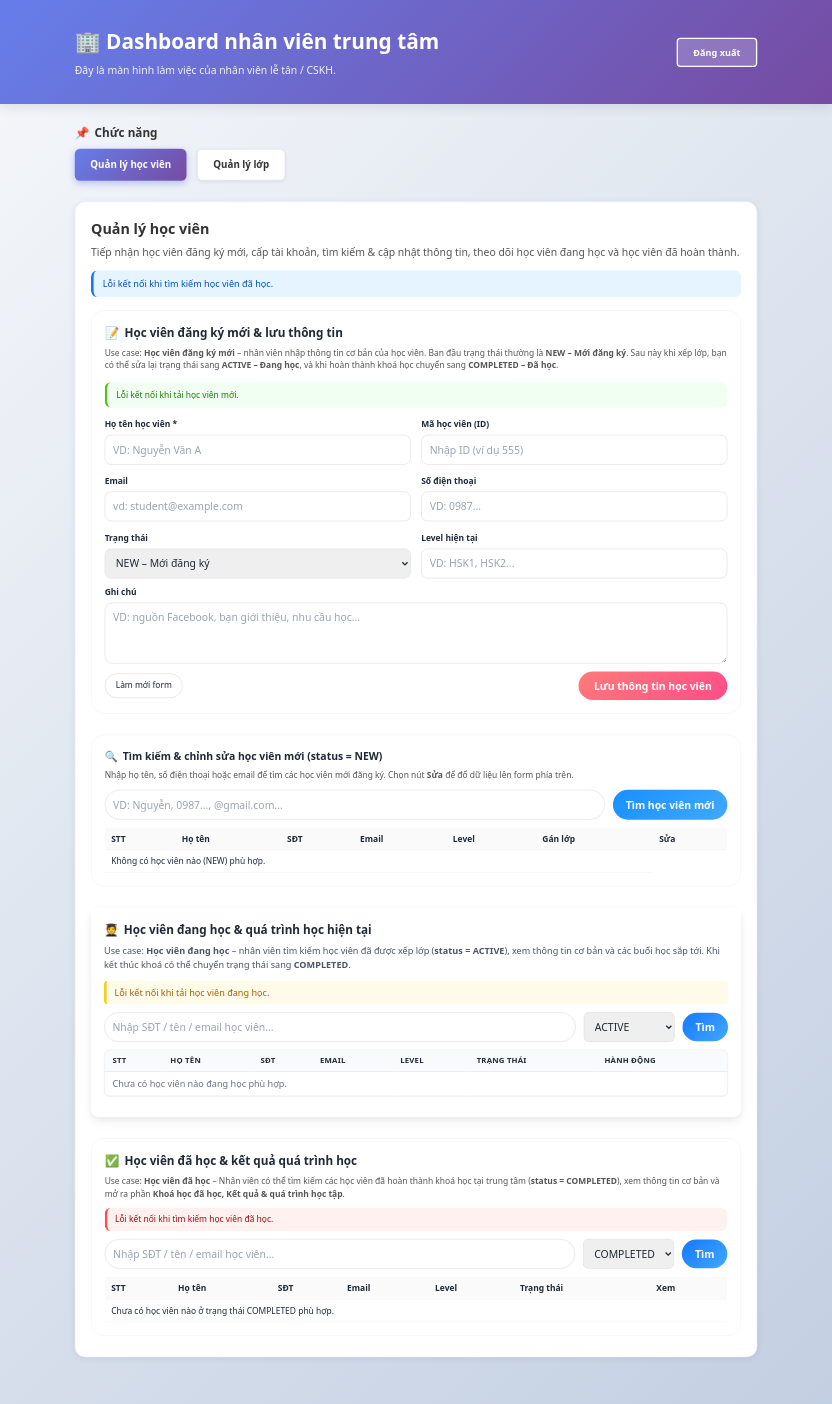
Repository: OssiaLouisVu/-N-2
Page: /staff/dashboard (app in frontend/)
An editor plug-in stored every save of this project. The page is shown before and after the next save, followed by the edit.
The browser window is 1280 px wide. The pictures show the whole page, at 65% of full size.
The page's requests for data from a server got no answer. The project was rebuilt for these pictures with package versions that can differ from the ones it lists, and the page was loaded fresh each time. No one was signed in, and anything a server would have sent is missing. Also part of the build but not shown: frontend/vite.config.mjs, frontend/src/pages/Login.jsx, frontend/src/pages/StudentDashboard.jsx, frontend/src/api/attendanceApi.js, frontend/src/components/attendance/AttendanceTable.jsx, frontend/src/components/attendance/AttendancePanel.jsx, frontend/src/api/mockExamApi.js, frontend/src/components/mockExam/MockExamPanel.jsx and 8 more.

Above is the page before, as saved 2025-12-01 01:44:00.

### frontend/index.html
<body>
    <div id="root"></div>
    <script type="module" src="/src/main.jsx"></script>
</body>

### frontend/src/App.jsx
import "./App.css";
import { Routes, Route, Navigate } from "react-router-dom";
import Login from "./pages/Login.jsx";
import StudentDashboard from "./pages/StudentDashboard.jsx";
import TeacherDashboard from "./pages/TeacherDashboard.jsx";
import StaffDashboard from "./pages/StaffDashboard.jsx";
import AccountantDashboard from "./pages/AccountantDashboard.jsx";
import ManagerDashboard from "./pages/ManagerDashboard.jsx";






function App() {
  return (
    <div className="app-root">
      <Routes>
        {/* Mặc định chuyển về /login */}
        <Route path="/" element={<Navigate to="/login" />} />

        {/* Đăng nhập */}
        <Route path="/login" element={<Login />} />

        {/* Dashboard theo vai trò */}
        <Route path="/student/dashboard" element={<StudentDashboard />} />
        <Route path="/teacher/dashboard" element={<TeacherDashboard />} />
        <Route path="/staff/dashboard" element={<StaffDashboard />} />
        <Route path="/accountant/dashboard" element={<AccountantDashboard />} />
        <Route path="/manager/dashboard" element={<ManagerDashboard />} />



        {/* Không khớp route nào thì quay lại login */}
        <Route path="*" element={<Navigate to="/login" />} />
      </Routes>
    </div>
  );
}

export default App;

### frontend/src/index.css
@tailwind base;
@tailwind components;
@tailwind utilities;

/* Global reset & overrides */

* {
    box-sizing: border-box;
}

html,
body,
#root {
    height: 100%;
}

body {
    @apply bg-gray-100 font-sans text-gray-800 antialiased;
}


/* Scrollbar subtle styling (WebKit) */

body::-webkit-scrollbar {
    width: 10px;
}

body::-webkit-scrollbar-track {
    background: #f1f5f9;
}

body::-webkit-scrollbar-thumb {
    background: #cbd5e1;
    border-radius: 6px;
}

body::-webkit-scrollbar-thumb:hover {
    background: #94a3b8;
}


/* Utility layer: custom reusable classes */

@layer components {
    .card {
        @apply bg-white rounded-xl shadow-card p-5;
    }
    .card-heading {
        @apply text-lg font-semibold flex items-center gap-2 mb-2;
    }
    .badge {
        @apply inline-flex items-center rounded-full px-3 py-1 text-xs font-medium bg-brand-50 text-brand-700 border border-brand-200;
    }
    .btn { @apply inline-flex items-center justify-center gap-1 rounded-full px-4 py-2 text-sm font-medium transition-colors disabled:opacity-50 disabled:cursor-not-allowed; }
    .btn-primary { @apply btn bg-brand-500 text-white hover:bg-brand-600; }
    .btn-success { @apply btn bg-green-500 text-white hover:bg-green-600; }
    .btn-danger { @apply btn bg-red-500 text-white hover:bg-red-600; }
    .btn-outline { @apply btn border border-gray-300 text-gray-700 hover:bg-gray-100; }
    /* Re-introduced enhanced button styles */
    .btn-white-outline { @apply btn border-2 border-white text-white hover:bg-white hover:text-indigo-600; }
    .btn-soft { @apply btn bg-white border border-gray-200 text-gray-700 shadow-sm hover:bg-gray-50; }
    .btn-gradient-primary { @apply btn bg-gradient-to-r from-indigo-500 to-purple-600 text-white shadow-sm hover:from-indigo-600 hover:to-purple-700; }
    .btn-gradient-green { @apply btn bg-gradient-to-r from-emerald-500 to-green-600 text-white shadow-sm hover:from-emerald-600 hover:to-green-700; }
    .btn-active-glow {
        @apply ring-2 ring-indigo-300 shadow-md;
    }
    .table {
        @apply w-full border-collapse;
    }
    .table thead th {
        @apply text-left text-xs font-semibold uppercase tracking-wide bg-gray-50 border-b border-gray-200 px-3 py-2;
    }
    .table tbody td {
        @apply text-sm border-b border-gray-100 px-3 py-2;
    }
    .alert-warn {
        @apply bg-yellow-50 border-l-4 border-yellow-400 text-yellow-700 px-3 py-2 rounded-md text-sm;
    }
    .alert-error {
        @apply bg-red-50 border-l-4 border-red-500 text-red-700 px-3 py-2 rounded-md text-sm;
    }
}

### frontend/src/App.css
.app-root {
    min-height: 100vh;
    display: flex;
    align-items: center;
    justify-content: center;
}

.login-wrapper {
    background: #ffffff;
    padding: 32px 40px;
    border-radius: 16px;
    box-shadow: 0 12px 30px rgba(15, 23, 42, 0.12);
    width: 100%;
    max-width: 420px;
}

.login-title {
    font-size: 24px;
    font-weight: 700;
    margin-bottom: 8px;
    text-align: center;
}

.login-subtitle {
    font-size: 14px;
    color: #6b7280;
    text-align: center;
    margin-bottom: 24px;
}

.form-group {
    margin-bottom: 16px;
    text-align: left;
}

.form-label {
    font-size: 14px;
    font-weight: 600;
    margin-bottom: 6px;
    display: block;
}

.form-input {
    width: 100%;
    padding: 10px 12px;
    border-radius: 8px;
    border: 1px solid #d1d5db;
    font-size: 14px;
}

.form-input:focus {
    outline: none;
    border-color: #2563eb;
    box-shadow: 0 0 0 1px #2563eb33;
}

.error-text {
    color: #ef4444;
    font-size: 13px;
    margin-bottom: 8px;
}

.login-button {
    width: 100%;
    margin-top: 8px;
    padding: 10px 14px;
    border-radius: 999px;
    border: none;
    background: #2563eb;
    color: white;
    font-weight: 600;
    font-size: 15px;
    cursor: pointer;
}

.login-button:hover {
    background: #1d4ed8;
}

.demo-note {
    margin-top: 16px;
    font-size: 12px;
    color: #6b7280;
    text-align: left;
    line-height: 1.5;
}

.demo-note code {
    background: #f3f4f6;
    padding: 2px 4px;
    border-radius: 4px;
    font-size: 12px;
}

### frontend/src/pages/StaffDashboard.jsx
// src/pages/StaffDashboard.jsx
import { useState } from "react";
import { useNavigate } from "react-router-dom";

import AddStudentPanel from "../components/student/AddStudentPanel.jsx";
import OngoingStudentsPanel from "../components/student/OngoingStudentsPanel.jsx";
import CompletedStudentsPanel from "../components/student/CompletedStudentsPanel.jsx";
import ClassManagementPanel from "../components/class/ClassManagementPanel";

function StaffDashboard() {
  const navigate = useNavigate();

  const [showStudentSection, setShowStudentSection] = useState(true);
  const [showClassSection, setShowClassSection] = useState(false);
  const [globalMessage, setGlobalMessage] = useState("");
  const [refreshToken, setRefreshToken] = useState(0);

  const handleLogout = () => {
    localStorage.removeItem("currentUser");
    navigate("/login");
  };
  const handleToggleStudentSection = () => setShowStudentSection((p) => !p);
  const handleRefreshAllStudents = () => setRefreshToken((t) => t + 1);

  return (
    <div
      style={{
        width: "100%",
        minHeight: "100vh",
        background: "linear-gradient(135deg, #f5f7fa 0%, #c3cfe2 100%)",
        paddingTop: 0,
      }}
    >
      {/* HEADER */}
      <div
        style={{
          background: "linear-gradient(135deg, #667eea 0%, #764ba2 100%)",
          color: "white",
          padding: "40px 20px",
          boxShadow: "0 4px 20px rgba(0,0,0,0.1)",
          marginBottom: 30,
        }}
      >
        <div
          style={{
            maxWidth: 1050,
            margin: "0 auto",
            display: "flex",
            justifyContent: "space-between",
            alignItems: "center",
          }}
        >
          <div>
            <h1 style={{ margin: 0, fontSize: 32, fontWeight: 700 }}>
              🏢 Dashboard nhân viên trung tâm
            </h1>
            <p style={{ margin: "8px 0 0 0", fontSize: 16, opacity: 0.9 }}>
              Đây là màn hình làm việc của nhân viên lễ tân / CSKH.
            </p>
          </div>
          <button
            onClick={handleLogout}
            style={{
              padding: "10px 24px",
              background: "rgba(255,255,255,0.2)",
              color: "white",
              border: "2px solid white",
              borderRadius: 6,
              cursor: "pointer",
              fontWeight: 600,
              fontSize: 14,
            }}
            onMouseOver={(e) => (e.target.style.background = "rgba(255,255,255,0.3)")}
            onMouseOut={(e) => (e.target.style.background = "rgba(255,255,255,0.2)")}
          >
            Đăng xuất
          </button>
        </div>
      </div>

      {/* MAIN CONTENT */}
      <div style={{ display: "flex", justifyContent: "center", paddingBottom: 40 }}>
        <div style={{ width: 1050 }}>
          {/* FUNCTION SECTION */}
            <section style={{ marginBottom: 32 }}>
              <h2
                style={{
                  fontSize: 18,
                  fontWeight: 600,
                  marginBottom: 12,
                  display: "flex",
                  alignItems: "center",
                  gap: 8,
                  color: "#333",
                }}
              >
                <span role="img" aria-label="pin">📌</span>
                Chức năng
              </h2>
              <div style={{ display: "flex", gap: 16, flexWrap: "wrap" }}>
                <button
                  onClick={handleToggleStudentSection}
                  style={{
                    padding: "12px 24px",
                    borderRadius: 8,
                    border: "none",
                    cursor: "pointer",
                    fontWeight: 600,
                    fontSize: 15,
                    boxShadow: showStudentSection
                      ? "0 4px 12px rgba(102,126,234,0.45)"
                      : "0 2px 6px rgba(0,0,0,0.08)",
                    background: showStudentSection
                      ? "linear-gradient(135deg, #667eea 0%, #764ba2 100%)"
                      : "#ffffff",
                    color: showStudentSection ? "#fff" : "#333",
                    transition: "all 0.25s",
                    border: showStudentSection ? "none" : "1px solid #ddd",
                  }}
                  onMouseOver={(e) => {
                    if (!showStudentSection) e.target.style.background = "#f0f4ff";
                  }}
                  onMouseOut={(e) => {
                    if (!showStudentSection) e.target.style.background = "#ffffff";
                  }}
                >
                  Quản lý học viên
                </button>
                <button
                  onClick={() => setShowClassSection((s) => !s)}
                  style={{
                    padding: "12px 24px",
                    borderRadius: 8,
                    border: "none",
                    cursor: "pointer",
                    fontWeight: 600,
                    fontSize: 15,
                    boxShadow: showClassSection
                      ? "0 4px 12px rgba(40,167,69,0.35)"
                      : "0 2px 6px rgba(0,0,0,0.08)",
                    background: showClassSection
                      ? "linear-gradient(135deg,#34d399,#059669)"
                      : "#ffffff",
                    color: showClassSection ? "#fff" : "#333",
                    transition: "all 0.25s",
                    border: showClassSection ? "none" : "1px solid #ddd",
                  }}
                  onMouseOver={(e) => {
                    if (!showClassSection) e.target.style.background = "#ecfdf5";
                  }}
                  onMouseOut={(e) => {
                    if (!showClassSection) e.target.style.background = "#ffffff";
                  }}
                >
                  Quản lý lớp
                </button>
              </div>
            </section>

          {/* STUDENT MANAGEMENT */}
          {showStudentSection && (
            <section id="student-section" style={{ marginTop: 24 }}>
              <div
                style={{
                  borderRadius: 16,
                  backgroundColor: "#ffffff",
                  boxShadow: "0 2px 12px rgba(0,0,0,0.08)",
                  padding: 24,
                  border: "1px solid #eef0ff",
                  marginBottom: 32,
                }}
              >
                <h2 style={{ fontSize: 22, fontWeight: 700, marginBottom: 8, color: "#333" }}>
                  Quản lý học viên
                </h2>
                <p style={{ color: "#555", marginBottom: 16 }}>
                  Tiếp nhận học viên đăng ký mới, cấp tài khoản, tìm kiếm & cập nhật thông tin,
                  theo dõi học viên đang học và học viên đã hoàn thành.
                </p>
                {globalMessage && (
                  <div
                    style={{
                      marginBottom: 20,
                      padding: "10px 14px",
                      borderRadius: 10,
                      backgroundColor: "#e6f4ff",
                      borderLeft: "4px solid #1677ff",
                      color: "#0050b3",
                      fontSize: 14,
                    }}
                  >
                    {globalMessage}
                  </div>
                )}
                <AddStudentPanel
                  onGlobalMessage={setGlobalMessage}
                  onRefreshAll={handleRefreshAllStudents}
                  refreshToken={refreshToken}
                />
                <OngoingStudentsPanel
                  onGlobalMessage={setGlobalMessage}
                  onRefreshAll={handleRefreshAllStudents}
                  refreshToken={refreshToken}
                  showEditButton={true}
                />
                <CompletedStudentsPanel
                  onGlobalMessage={setGlobalMessage}
                  onRefreshAll={handleRefreshAllStudents}
                  refreshToken={refreshToken}
                />
              </div>
            </section>
          )}

          {/* CLASS MANAGEMENT */}
          {showClassSection && (
            <section id="class-section" style={{ marginTop: 24 }}>
              <div
                style={{
                  borderRadius: 16,
                  backgroundColor: "#ffffff",
                  boxShadow: "0 2px 12px rgba(0,0,0,0.08)",
                  padding: 24,
                  border: "1px solid #eef0ff",
                  marginBottom: 32,
                }}
              >
                <h2 style={{ fontSize: 22, fontWeight: 700, marginBottom: 8, color: "#333" }}>
                  Quản lý lớp
                </h2>
                <p style={{ color: "#555", marginBottom: 16 }}>
                  Tạo, sửa, xoá lớp và gán học viên vào lớp. Sử dụng sau khi đã áp migrations.
                </p>
                <ClassManagementPanel refreshToken={refreshToken} />
              </div>
            </section>
          )}
        </div>
      </div>
    </div>
  );
}

export default StaffDashboard;

### frontend/src/components/student/StudentSearchBar.jsx
import React from "react";

export default function StudentSearchBar({ keyword, setKeyword, status, setStatus, onSearch }) {
  return (
    <div style={{ display: "flex", gap: 12, marginBottom: 12, alignItems: 'center' }}>
      <input
        type="text"
        value={keyword}
        onChange={(e) => setKeyword(e.target.value)}
        placeholder="Nhập SĐT / tên / email học viên..."
        style={{
          flex: 1,
          padding: "10px 12px",
          borderRadius: 999,
          border: "1px solid #e0e0e0",
          outline: "none",
        }}
      />

      <select
        value={status}
        onChange={(e) => setStatus(e.target.value)}
        style={{ padding: "10px 12px", borderRadius: 8, border: "1px solid #e0e0e0" }}
      >
        <option value="">Tất cả</option>
        <option value="NEW">NEW</option>
        <option value="ACTIVE">ACTIVE</option>
        <option value="COMPLETED">COMPLETED</option>
      </select>

      <button
        type="button"
        onClick={onSearch}
        style={{
          padding: "10px 20px",
          borderRadius: 999,
          border: "none",
          background: "linear-gradient(135deg, #1677ff 0%, #40a9ff 100%)",
          color: "#fff",
          cursor: "pointer",
          fontWeight: 600,
        }}
      >
        Tìm
      </button>
    </div>
  );
}

Loaded but not shown: frontend/src/main.jsx (common file); frontend/src/api/studentApi.js (73 lines, source omitted); frontend/tailwind.config.js (32 lines, source omitted); frontend/src/components/student/AddStudentPanel.jsx (604 lines, source omitted); frontend/src/components/student/CompletedStudentsPanel.jsx (222 lines, source omitted); frontend/src/components/student/OngoingStudentsPanel.jsx (152 lines, source omitted)

After the next save:
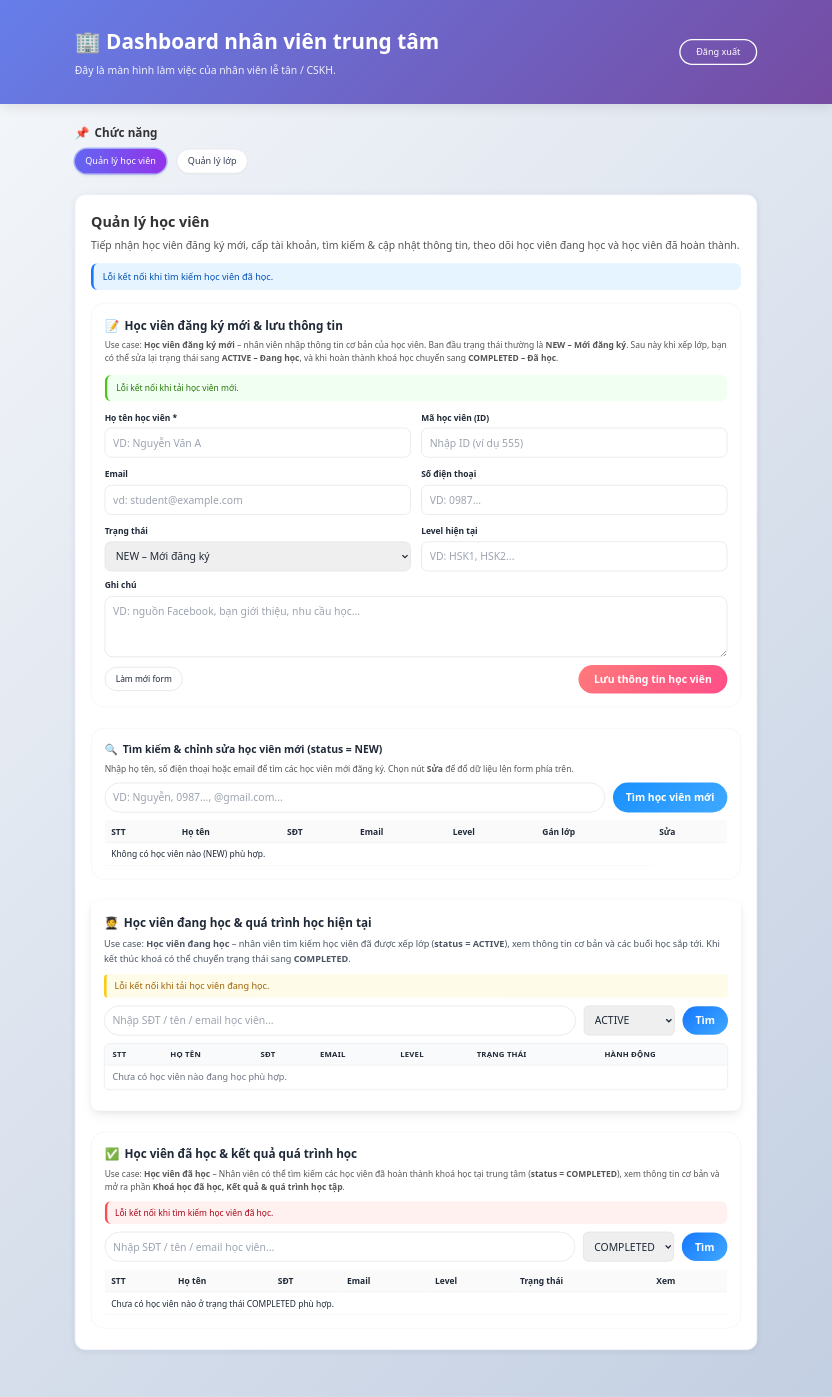
Saved 40 s later.
--- a/frontend/src/pages/StaffDashboard.jsx
+++ b/frontend/src/pages/StaffDashboard.jsx
@@ -58,23 +58,7 @@ function StaffDashboard() {
               Đây là màn hình làm việc của nhân viên lễ tân / CSKH.
             </p>
           </div>
-          <button
-            onClick={handleLogout}
-            style={{
-              padding: "10px 24px",
-              background: "rgba(255,255,255,0.2)",
-              color: "white",
-              border: "2px solid white",
-              borderRadius: 6,
-              cursor: "pointer",
-              fontWeight: 600,
-              fontSize: 14,
-            }}
-            onMouseOver={(e) => (e.target.style.background = "rgba(255,255,255,0.3)")}
-            onMouseOut={(e) => (e.target.style.background = "rgba(255,255,255,0.2)")}
-          >
-            Đăng xuất
-          </button>
+          <button onClick={handleLogout} className="btn-white-outline px-6 py-2">Đăng xuất</button>
         </div>
       </div>
 
@@ -100,60 +84,12 @@ function StaffDashboard() {
               <div style={{ display: "flex", gap: 16, flexWrap: "wrap" }}>
                 <button
                   onClick={handleToggleStudentSection}
-                  style={{
-                    padding: "12px 24px",
-                    borderRadius: 8,
-                    border: "none",
-                    cursor: "pointer",
-                    fontWeight: 600,
-                    fontSize: 15,
-                    boxShadow: showStudentSection
-                      ? "0 4px 12px rgba(102,126,234,0.45)"
-                      : "0 2px 6px rgba(0,0,0,0.08)",
-                    background: showStudentSection
-                      ? "linear-gradient(135deg, #667eea 0%, #764ba2 100%)"
-                      : "#ffffff",
-                    color: showStudentSection ? "#fff" : "#333",
-                    transition: "all 0.25s",
-                    border: showStudentSection ? "none" : "1px solid #ddd",
-                  }}
-                  onMouseOver={(e) => {
-                    if (!showStudentSection) e.target.style.background = "#f0f4ff";
-                  }}
-                  onMouseOut={(e) => {
-                    if (!showStudentSection) e.target.style.background = "#ffffff";
-                  }}
-                >
-                  Quản lý học viên
-                </button>
+                  className={showStudentSection ? 'btn-gradient-primary btn-active-glow' : 'btn-soft'}
+                >Quản lý học viên</button>
                 <button
-                  onClick={() => setShowClassSection((s) => !s)}
-                  style={{
-                    padding: "12px 24px",
-                    borderRadius: 8,
-                    border: "none",
-                    cursor: "pointer",
-                    fontWeight: 600,
-                    fontSize: 15,
-                    boxShadow: showClassSection
-                      ? "0 4px 12px rgba(40,167,69,0.35)"
-                      : "0 2px 6px rgba(0,0,0,0.08)",
-                    background: showClassSection
-                      ? "linear-gradient(135deg,#34d399,#059669)"
-                      : "#ffffff",
-                    color: showClassSection ? "#fff" : "#333",
-                    transition: "all 0.25s",
-                    border: showClassSection ? "none" : "1px solid #ddd",
-                  }}
-                  onMouseOver={(e) => {
-                    if (!showClassSection) e.target.style.background = "#ecfdf5";
-                  }}
-                  onMouseOut={(e) => {
-                    if (!showClassSection) e.target.style.background = "#ffffff";
-                  }}
-                >
-                  Quản lý lớp
-                </button>
+                  onClick={() => setShowClassSection(s => !s)}
+                  className={showClassSection ? 'btn-gradient-green btn-active-glow' : 'btn-soft'}
+                >Quản lý lớp</button>
               </div>
             </section>
 
